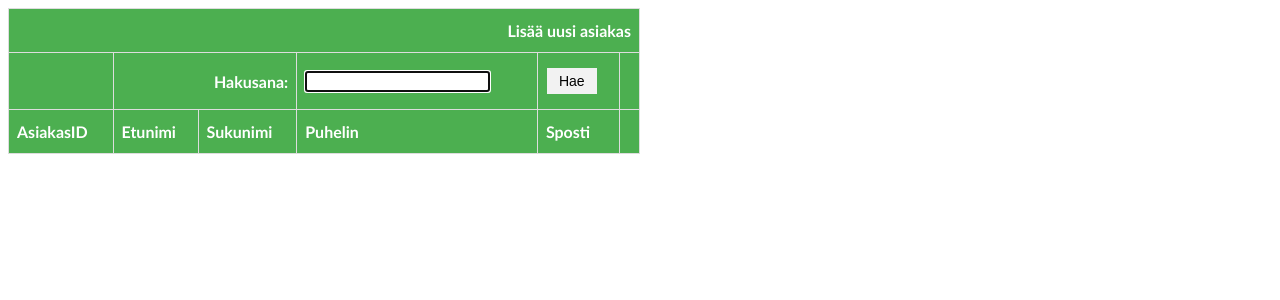
Repository: er-12/tehtava6
Page: http://localhost/teht4/listaaasiakkaat2.jsp
These files come from the project's save history. The page is drawn as it stood at one moment and after the next save; the edit follows.
The browser window is 1280 px wide. The pictures show the whole page.
The page is served by Tomcat 9.

Above is the page before, as saved 2021-04-30 13:04:56.

After the next save:
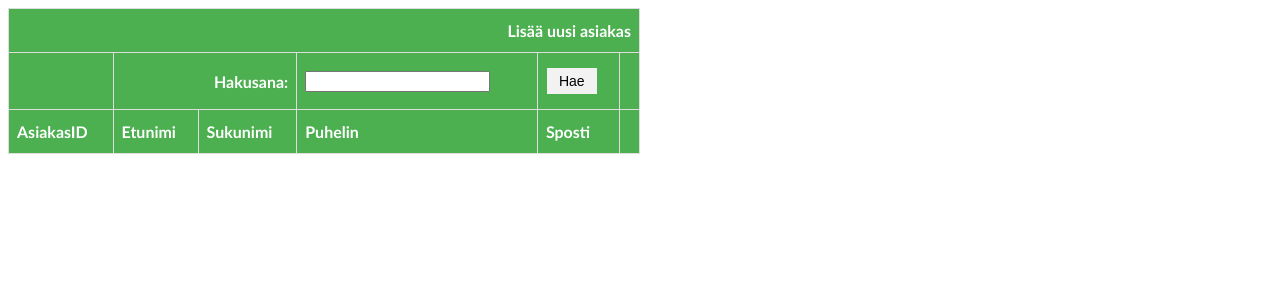
Console error: SyntaxError: missing ) after argument list
Saved 2 min 37 s later.
--- a/teht4/WebContent/listaaasiakkaat2.jsp
+++ b/teht4/WebContent/listaaasiakkaat2.jsp
@@ -75,7 +75,7 @@
 	        if(result.response==0){
 	        	$("#ilmo").html("Asiakkaan poisto epäonnistui.");
 	        }else if(result.response==1){
-	        	$("#rivi_"+asiakas_id).css("background-color", "red"); //Värjätään poistetun asiakkaan rivi
+	        	$("#rivi_"+asiakas_id).css("background-color": "red"); //Värjätään poistetun asiakkaan rivi
 	        	alert("Asiakkaan " +asiakas_id +" poisto onnistui.");
 				haeAsiakkaat();
 			}

After the save that followed:
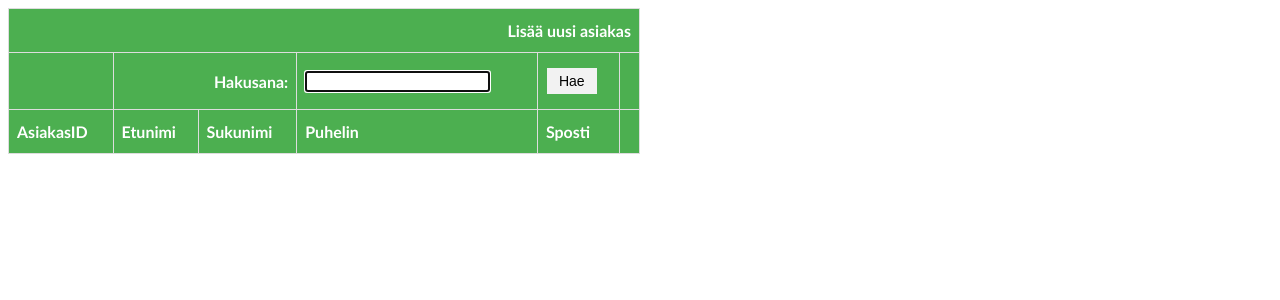
The error is gone.
Saved 8 s later.
--- a/teht4/WebContent/listaaasiakkaat2.jsp
+++ b/teht4/WebContent/listaaasiakkaat2.jsp
@@ -75,7 +75,7 @@
 	        if(result.response==0){
 	        	$("#ilmo").html("Asiakkaan poisto epäonnistui.");
 	        }else if(result.response==1){
-	        	$("#rivi_"+asiakas_id).css("background-color": "red"); //Värjätään poistetun asiakkaan rivi
+	        	$("#rivi_"+asiakas_id).css("background-color", "red"); //Värjätään poistetun asiakkaan rivi
 	        	alert("Asiakkaan " +asiakas_id +" poisto onnistui.");
 				haeAsiakkaat();
 			}
